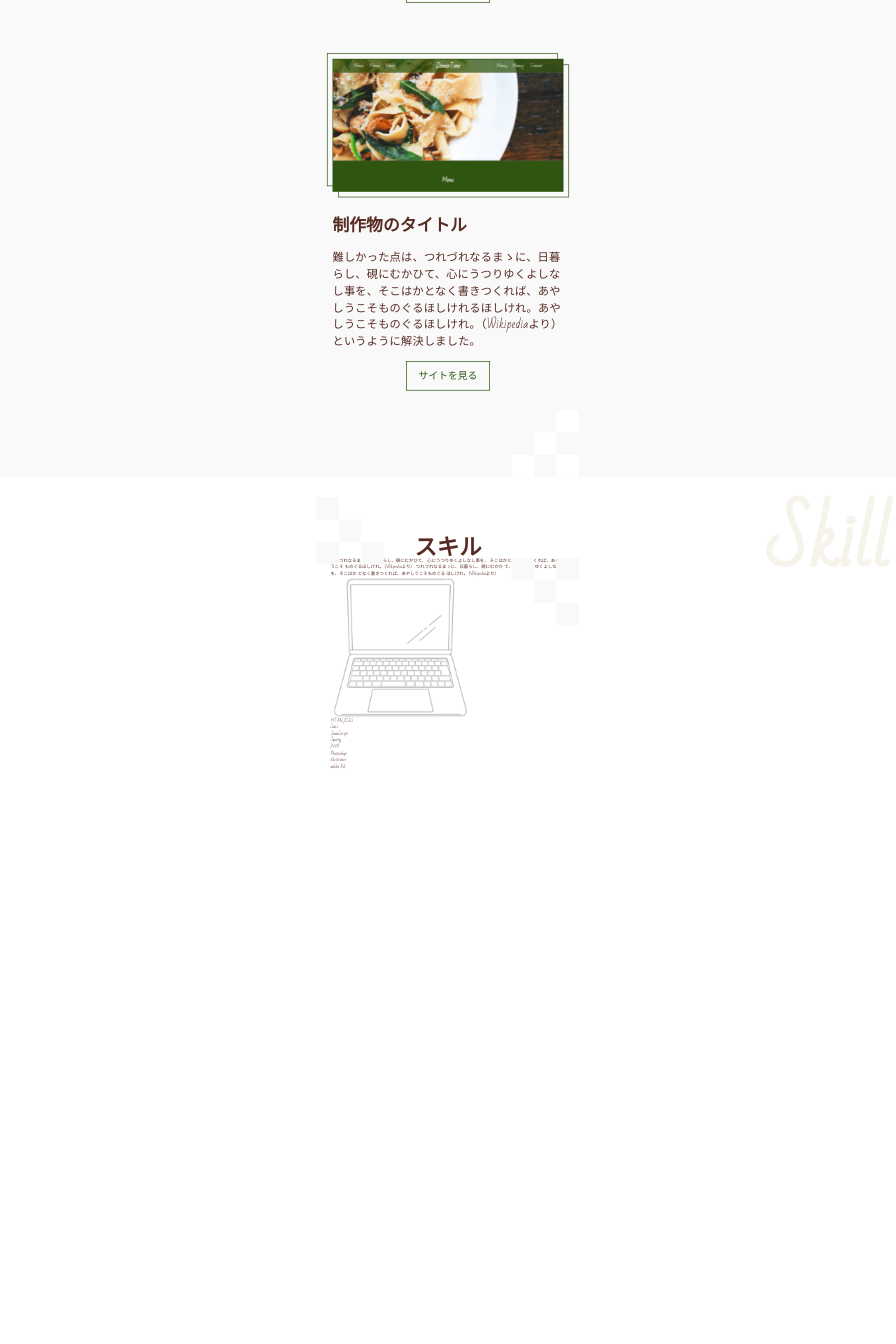
Repository: ppmp556/igarashi.kakuu
Page: index.html
These files come from the project's save history. The page is drawn as it stood at one moment and after the next save; the edit follows.
The browser window is 1280 px wide. The pictures show the part of the page from y = 3060 to 4980 px (the page is 5881 px tall), at 70% of full size.
Some web libraries are served in a nearby version. The style sheet was rebuilt from its Sass, Less or Tailwind sources for each picture, by a compiler version that may differ from the author's.

Above is the page before, as saved 2020-10-27 10:41:36.
Console error: TypeError: Cannot read properties of null (reading 'addEventListener')

### index.html
<!DOCTYPE html>
<html lang="ja">
    <head>
        <meta charset="UTF-8">
        <meta name="viewport" content="width=device-width, initial-scale=1.0, maximum-scale=1.0, minimum-scale=1.0">
        <link rel="stylesheet" href="faundation.css" type="text/css">
        <link rel="stylesheet" href="./css/style.css" type="text/css">
        <link href="https://use.fontawesome.com/releases/v5.6.1/css/all.css" rel="stylesheet">
        <link href="https://fonts.googleapis.com/css?family=Bad+Script" rel="stylesheet">
        <link href="https://fonts.googleapis.com/css?family=Sawarabi+Gothic" rel="stylesheet">
        <link rel="img" href="image">
        <title>架空LP</title>

    </head>
    <body>

        <div class="container">
            <header class="header">
                <h1 class="header_ttl">
                    <a href="index.html" class="header_link">My Portfolio</a><!-- /.header_link -->
                </h1><!-- /.header_ttl -->
                <nav class="nav">
                    <div class="nav_wrapper" id="nav_lists">
                        <!-- ハンバーガーメニュー部分 -->
                        <div class="toggle_btn" id="nav_toggler">
                            <span class="toggle_line __tg1"></span>
                            <span class="toggle_line __tg2"></span>
                            <span class="toggle_line __tg3"></span>
                        </div>
                        <!-- ハンバーガーメニューここまで -->
                    </div>
                    <ul class="nav_list flex">
                        <li class="nav_item">
                            <a href="#" class="nav_link">Profile<span class="nav_sp">プロフィール</a><!-- /.nav_link -->
                        </li><!-- /.nav_item -->
                        <li class="nav_item">
                            <a href="#" class="nav_link">Works<span class="nav_sp">実績一覧</a><!-- /.nav_link -->
                        </li><!-- /.nav_item -->
                        <li class="nav_item">
                            <a href="#" class="nav_link">Skill<span class="nav_sp">スキル</a><!-- /.nav_link -->
                        </li><!-- /.nav_item -->
                        <li class="nav_item">
                            <a href="#" class="nav_link">Contact<span class="nav_sp">お問い合わせ</a><!-- /.nav_link -->
                        </li><!-- /.nav_item -->
                    </ul><!-- /.nav_list -->
                </nav><!-- /.nav -->
            </header><!-- /.header -->
        </div><!-- /.container -->
        <div class="kv">
            <div class="kv_txtbox">
                <p class="kv_txt">I love this job from the bottom of my heart.</p><!-- /.kv_txt -->
                <p class="kv_txt __subtxt">私はこの仕事が大好きだ</p><!-- /.kv_txt -->
            </div><!-- /.kv_txtbox -->
            <div class="contact_box">
                <a href="#" class="contact_link">Contact</a><!-- /.contact_link -->
            </div><!-- /.contact_box -->
        </div><!-- /.kv -->
        <main>
            <div class="inner">

                <section class="prof" id="prof">
                    <div class="prof_inner">
                        <div class="section_ttlbox">
                            <h2 class="prof_ttl">プロフィール</h2><!-- /.prof_ttl -->
                            <!-- <span class="prof_sub">Profile</span> -->
                        </div><!-- /.section_ttlbox -->
                        <div class="prof_imgbox">
                            <img src="images/profile/profile.png" alt="#" class="prof_img">
                        </div><!-- /.prof_imgbox -->
                        <p class="prof_txt">
                            つれづれなるまゝに、日暮らし、硯にむかひ
                            て<br>
                            心にうつりゆくよしなし事を、<br>
                            そこはかとなく書きつくれば、あやしうこそ
                            ものぐるほしけれ。（Wikipediaより）<br>
                            つれづれなるまゝに、日暮らし、硯にむかひ
                            て、心にうつりゆくよしなし事を、そこはか
                            となく書きつくれば、あやしうこそものぐる
                            ほしけれ。（Wikipediaより）<br>
                            つれづれなるまゝに、日暮らし、硯にむかひ
                            て、心にうつりゆくよしなし事を、そこはか
                            となく書
                        </p><!-- /.prof_txt -->
                        <div class="section_btnbox flex">
                            <div class="site_btn">
                                <a href="#" class="site_link">Instagram</a>
                            </div><!-- /.site_btn -->
                            <div class="site_btn">
                                <a href="#" class="site_link">Twitter</a>
                            </div><!-- /.site_btn -->
                        </div><!-- /.section_btnbox -->
                    </div><!-- /.prof_inner -->
                </section><!-- /#prof.prof -->


                <section class="work" id="work">
                    <div class="work_inner">

                        <div class="section_ttlbox">
                            <h2 class="work_ttl">実績一覧</h2><!-- /.work_ttl -->
                            <!-- <span class="work_sub">Works</span> -->
                        </div><!-- /.section_ttlbox -->

                        <div class="work_imgbox">
                            <ul class="work_list">
                                <li class="work_item">
                                    <div class="work_imgbox">
                                        <img src="images/work1/work1.png" alt="" class="work_img">
                                    </div><!-- /.work_imgbox -->
                                    <h3 class="work_minttl ">制作物のタイトル</h3><!-- /.work_minttl -->
                                    <p class="work_txt">
                                        難しかった点は、つれづれなるまゝに、日暮らし、硯にむかひて、心にうつりゆくよしなし事を、そこはかとなく書きつくれば、あやしうこそものぐるほしけれるほしけれ。あやしうこそものぐるほしけれ。（Wikipediaより）というように解決しました。
                                    </p><!-- /.work_txt -->
                                    <div class="site_btn">
                                        <a href="#" class="site_link">サイトを見る</a>
                                    </div><!-- /.site_btn -->
                                </li><!-- /.work_item -->
                                <li class="work_item">
                                    <div class="work_imgbox">
                                        <img src="images/work2/work2.png" alt="" class="work_img">
                                    </div><!-- /.work_imgbox -->
                                    <h3 class="work_minttl">制作物のタイトル制作物のタイトルタイトル</h3><!-- /.work_minttl -->
                                    <p class="work_txt">
                                        難しかった点は、つれづれなるまゝに、日暮らし、硯にむかひて、心にうつりゆくよしなし事を、そこはかとなく書きつくれば、あやしうこそものぐるほしけれるほしけれ。あやしうこそものぐるほしけれ。（Wikipediaより）というように解決しました。
                                    </p><!-- /.work_txt -->
                                    <div class="site_btn">
                                        <a href="#" class="site_link">サイトを見る</a>
                                    </div><!-- /.site_btn -->
                                </li><!-- /.work_item -->
                                <li class="work_item">
                                    <div class="work_imgbox">
                                        <img src="images/work3/work3.png" alt="" class="work_img">
                                    </div><!-- /.work_imgbox -->
                                    <h3 class="work_minttl">制作物のタイトル</h3><!-- /.work_minttl -->
                                    <p class="work_txt">
                                        難しかった点は、つれづれなるまゝに、日暮らし、硯にむかひて、心にうつりゆくよしなし事を、そこはかとなく書きつくれば、あやしうこそものぐるほしけれるほしけれ。あやしうこそものぐるほしけれ。（Wikipediaより）というように解決しました。
                                    </p><!-- /.work_txt -->
                                    <div class="site_btn">
                                        <a href="#" class="site_link">サイトを見る</a>
                                    </div><!-- /.site_btn -->
                                </li><!-- /.work_item -->
                            </ul><!-- /.work_list -->
                        </div><!-- /.work_imgbox -->
                    </div><!-- /.work_inner -->
                </section><!-- /#work.work -->

                <section class="skill" id="skill">
                    <div class="section_ttlbox">
                        <h2 class="skill_ttl">スキル</h2><!-- /.skill_ttl -->
                        <!-- <span class="skill_sub">Skill</span> -->
                    </div><!-- /.section_ttlbox -->
                    <div class="skill_inner">
                        <div class="skill_txtbox">
                            <p class="skill_txt">
                                つれづれなるまゝに、日暮らし、硯にむかひて、
                                心にうつりゆくよしなし事を、
                                そこはかとなく書きつくれば、あやしうこそ
                                ものぐるほしけれ。（Wikipediaより）
                                つれづれなるまゝに、日暮らし、硯にむかひ
                                て、心にうつりゆくよしなし事を、そこはか
                                となく書きつくれば、あやしうこそものぐる
                                ほしけれ。（Wikipediaより）
                            </p><!-- /.skill_txt -->
                        </div><!-- /.skill_txtbox -->
                        <div class="skill_listbox">
                            <div class="skill_imgbox">
                                <img src="images/1544078499/1544078499.png" alt="" class="skill_img">
                            </div><!-- /.skill_imgbox -->
                            <ul class="skill_list">
                                <li class="skill_item">HTML/CSS</li><!-- /.skill_item -->
                                <li class="skill_item">Sass</li><!-- /.skill_item -->
                                <li class="skill_item">JavaScript</li><!-- /.skill_item -->
                                <li class="skill_item">Jquery</li><!-- /.skill_item -->
                                <li class="skill_item">PHP</li><!-- /.skill_item -->
                                <li class="skill_item">Photoshop</li><!-- /.skill_item -->
                                <li class="skill_item">illustrator</li><!-- /.skill_item -->
                                <li class="skill_item">adobe Xd</li><!-- /.skill_item -->
                            </ul><!-- /.skill_list -->
                        </div><!-- /.skill_listbox -->
                    </div><!-- /.skill_inner -->
                </section><!-- /#skill.skii -->

                <section class="contact" id="contact">
                    <div class="section_ttlbox">
                        <h2 class="contact_ttl">お問い合わせ</h2><!-- /.contact_ttl -->
                        <span class="contact_sub">Contact</span>
                    </div><!-- /.section_ttlbox -->
                    <form action="#" class="ly-form">
                        <div class="form ord1">
                            <div class="form2">

                                <label for="email" class="formTitle u-formTxt">E-mail</label>
                                <input type="email" class="formBox" name="your-E-mail" placeholder="your E-maill">
                            </div>
                        </div>
                        <div class="form ord2">
                            <div class="form2">
                                    <label for="name" class="formTitle u-formTxt">Name</label>
                                    <input type="text" class="formBox" name="your name" placeholder="your name">

                            </div>
                        </div>
                        <div class="form ord3">
                            <div class="form2">
                                <label for="subject" class="formTitle u-formTxt">Subject</label>
                                <input type="subject" class="formBox" name="message-title" placeholder="message-title">
                            </div>
                        </div>
                        <div class="form ord4">
                            <div class="form2">
                                <label for="message" class="formTitle u-formTxt">Message</label>
                                <textare name="contents" class="area" name="contents" placeholder="contents" rows="4" cols="40"></textare>
                            </div>
                        </div>
                        <div class="inputWrap btnhv u-send">
                            <input type="submit" value="Post it" class="sendBtn">
                        </div>
                    </form>
                </section><!-- /#contact.contact -->
            </div><!-- /.inner -->

        </main>


        <footer class="footer">
            <div class="footer_sharbox">
                <ul class="footer_sharalist">
                    <li class="footer_item"></li><!-- /.footer_item -->
                    <li class="footer_item"></li><!-- /.footer_item -->
                    <li class="footer_item"></li><!-- /.footer_item -->
                </ul><!-- /.footer_sharalist -->
            </div><!-- /.footer_sharbox -->
            <small class="footer_txt">&copy; Ruri igarashi</small>
        </footer><!-- /.footer -->


        <script type="text/javascript" src="menu.js"></script>
        <script src="https://code.jquery.com/jquery-3.4.1.js" integrity="sha256-WpOohJOqMqqyKL9FccASB9O0KwACQJpFTUBLTYOVvVU=" crossorigin="anonymous"></script>

    </body>
</html>

### faundation.css

html,
body,
div,
span,
object,
iframe,
h1,
h2,
h3,
h4,
h5,
h6,
p,
blockquote,
pre,
abbr,
address,
cite,
code,
del,
dfn,
em,
img,
ins,
kbd,
q,
samp,
small,
strong,
sub,
sup,
var,
b,
i,
dl,
dt,
dd,
ol,
ul,
li,
fieldset,
form,
label,
legend,
table,
caption,
tbody,
tfoot,
thead,
tr,
th,
td,
article,
aside,
canvas,
details,
figcaption,
figure,
footer,
header,
hgroup,
menu,
nav,
section,
summary,
time,
mark,
audio,
video {
  margin: 0;
  padding: 0;
  border: 0;
  outline: 0;
  font-size: 100%;
  vertical-align: baseline;
  background: transparent;
}

body {
  line-height: 1.5;
}

article,
aside,
details,
figcaption,
figure,
footer,
header,
hgroup,
menu,
nav,
section {
  display: block;
}

ul,
ol {
  list-style: none;
}

table {
  border-collapse: collapse;
  border-spacing: 0;
}

a {
  color: inherit;
  text-decoration: none;
}

img {
  width: 100%;
  max-width: 100%;
  height: auto;
  vertical-align: bottom;
}

Loaded but not shown: menu.js (26 lines, source omitted); scss/style.scss (724 lines, source omitted)

After the next save:
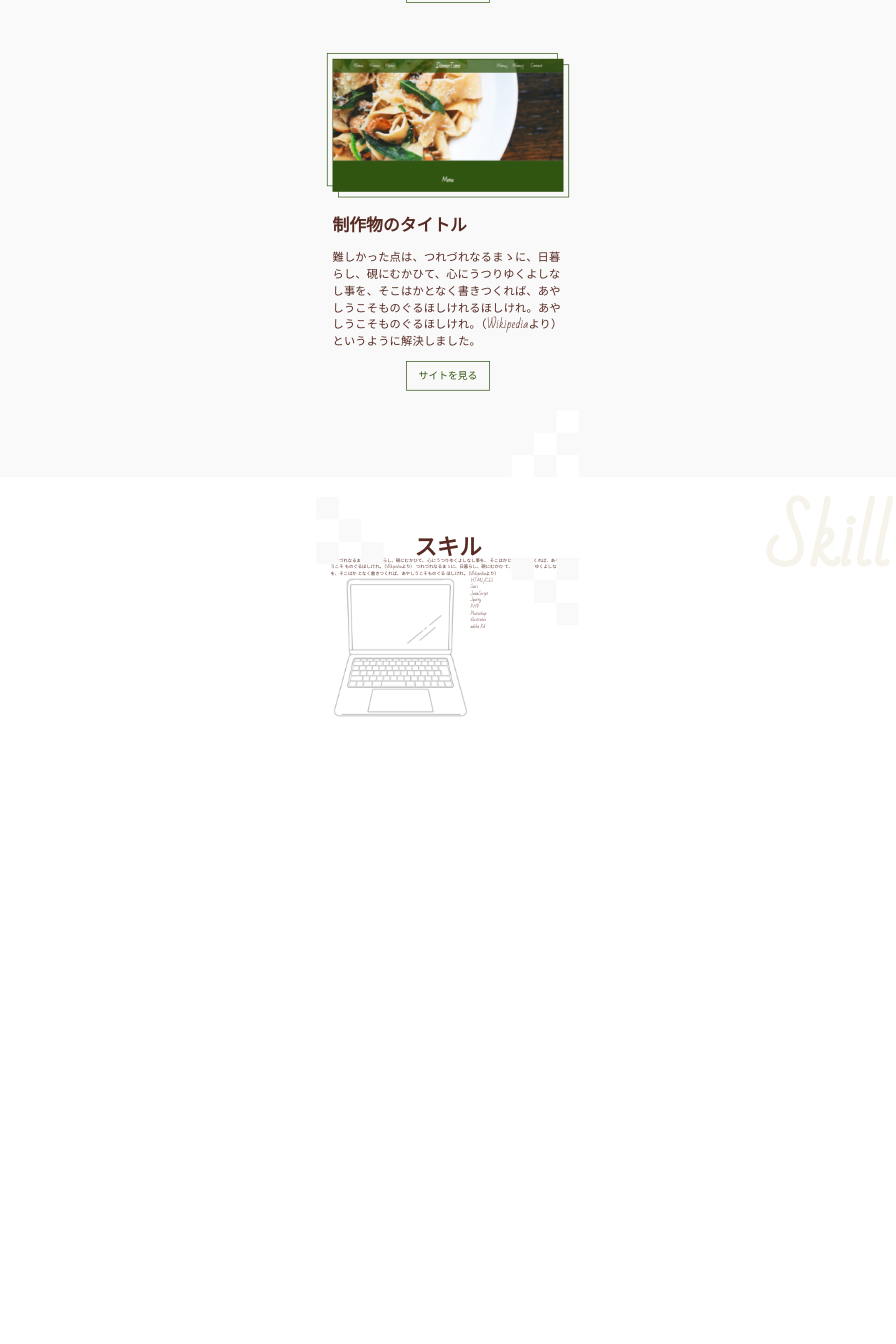
Saved 18 s later.
--- a/index.html
+++ b/index.html
@@ -162,7 +162,7 @@
                                 ほしけれ。（Wikipediaより）
                             </p><!-- /.skill_txt -->
                         </div><!-- /.skill_txtbox -->
-                        <div class="skill_listbox">
+                        <div class="skill_listbox flex">
                             <div class="skill_imgbox">
                                 <img src="images/1544078499/1544078499.png" alt="" class="skill_img">
                             </div><!-- /.skill_imgbox -->
